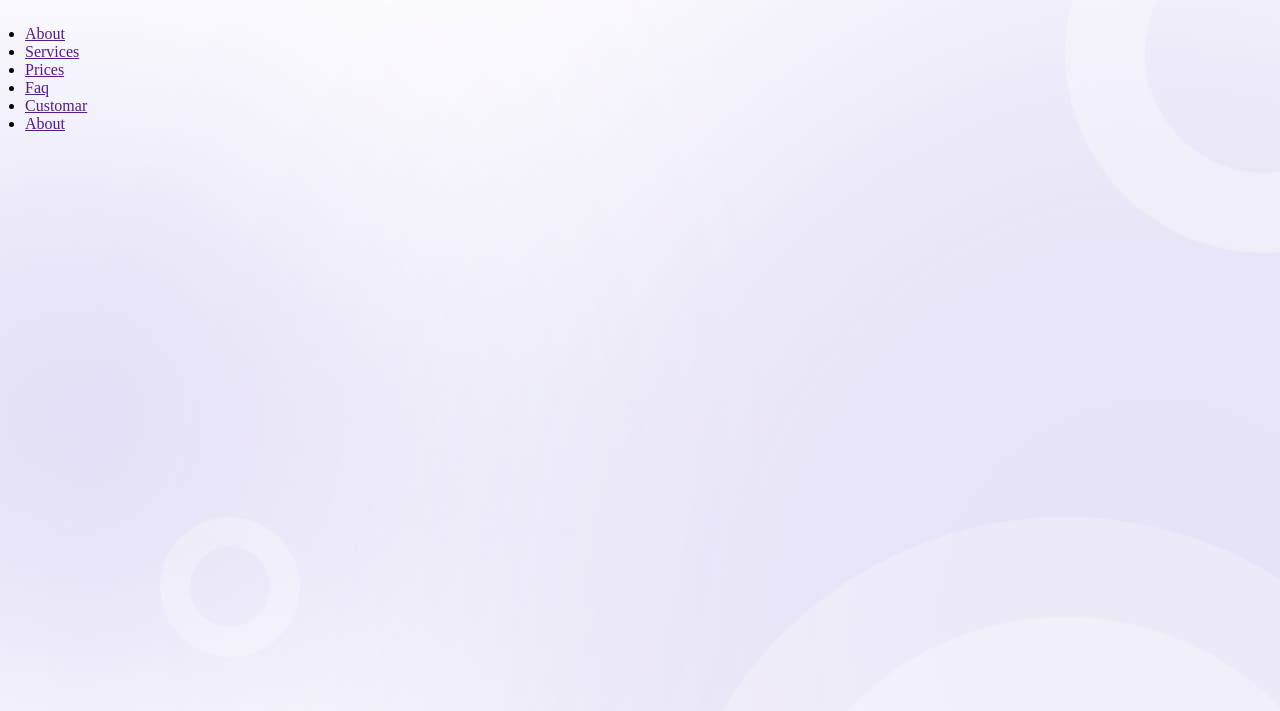
Repository: md-rabbi-hossain/Soltech-html
Page: index.html
The author's editor kept a copy of each file at every save. The page is drawn from the files as they stood at one save, then again after the next save.
The browser window is 1280 px wide. The pictures show the whole page.

Above is the page before, as saved 2025-01-08 12:05:54.

After the next save:
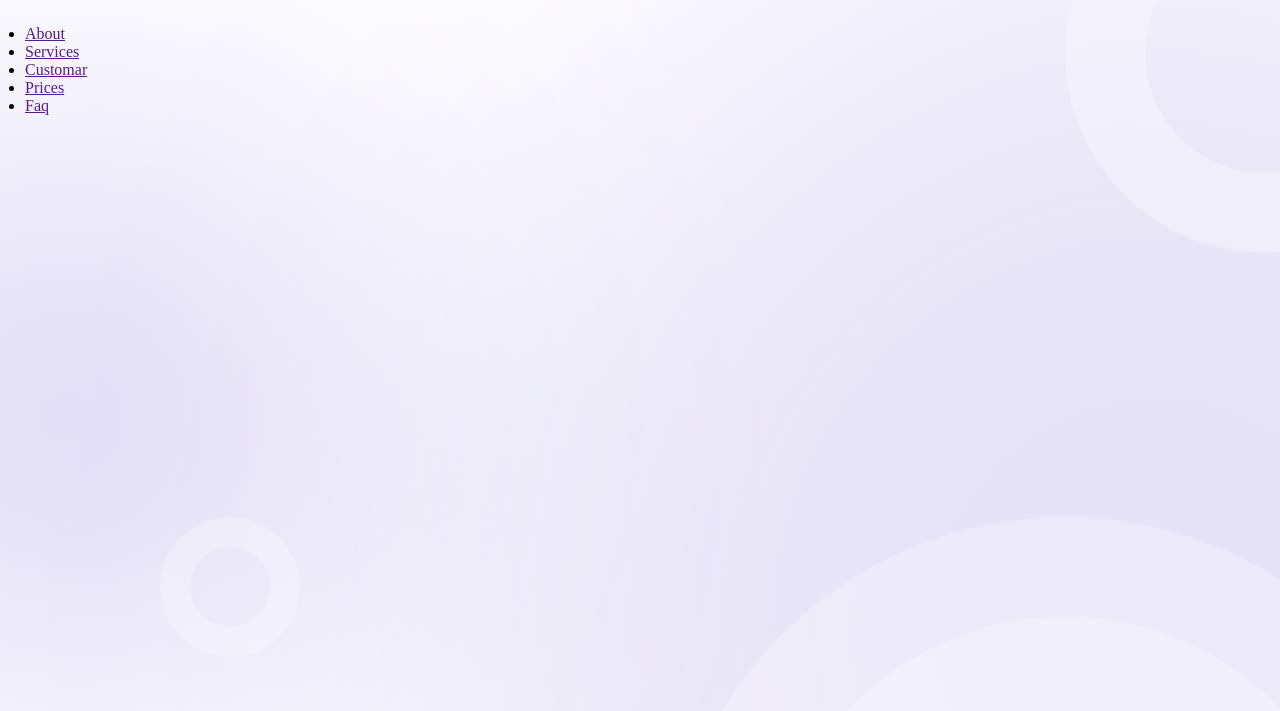
Saved 11 s later.
--- a/index.html
+++ b/index.html
@@ -13,10 +13,9 @@
           <ul class="Menu">
             <li><a href="">About</a></li>
             <li><a href="">Services</a></li>
+            <li><a href="">Customar</a></li>
             <li><a href="">Prices</a></li>
             <li><a href="">Faq</a></li>
-            <li><a href="">Customar</a></li>
-            <li><a href="">About</a></li>
           </ul>
         </nav>
       </div>
